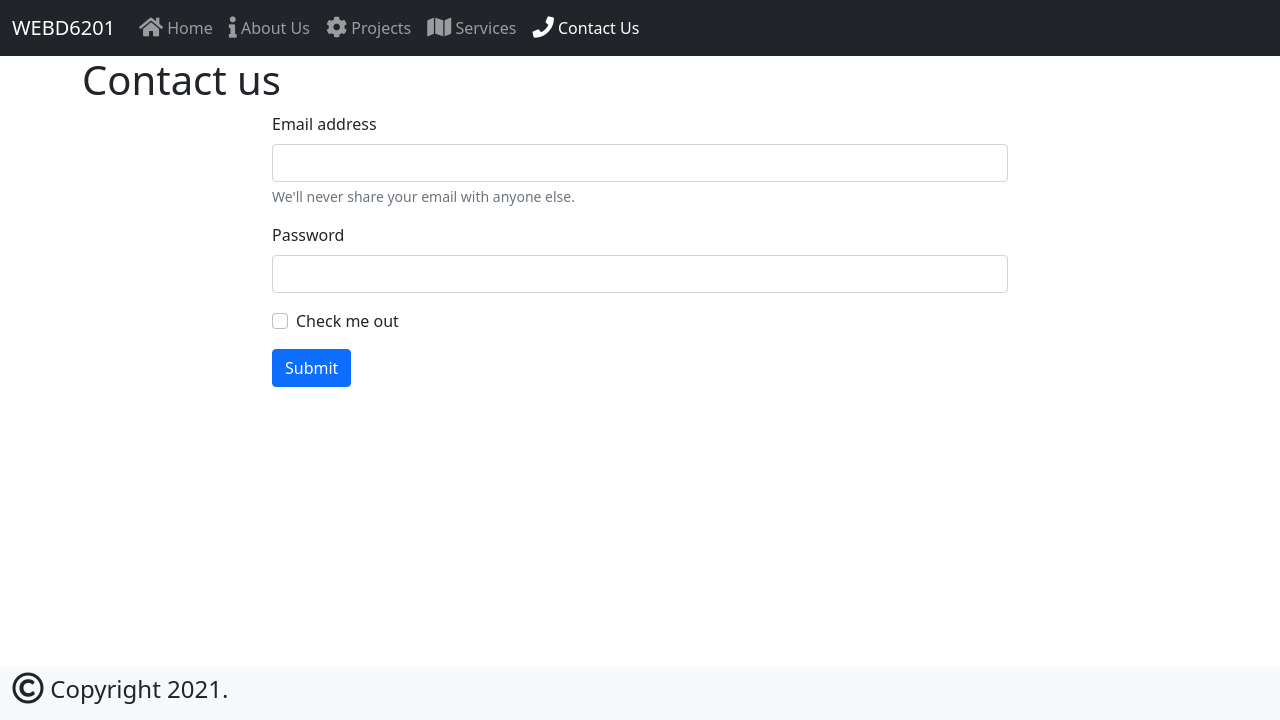
Repository: aphim/Webd6201-wk3
Page: contact.html
These files come from the project's save history. The page is drawn as it stood at one moment and after the next save; the edit follows.
The browser window is 1280 px wide. The pictures show the whole page.

Above is the page before, as saved 2021-01-21 09:17:27.

### contact.html
<!DOCTYPE html>
<html lang="en">
<head>
    <meta charset="UTF-8">
    <meta name="viewport" content="width=device-width, initial-scale=1.0">
    <title>Contact</title>
    <!-- CSS Section -->
    <link rel="stylesheet" href="./node_modules/bootstrap/dist/css/bootstrap.min.css">
    <link rel="stylesheet" href="./node_modules/@fortawesome/fontawesome-free/css/all.min.css">
    <link rel="stylesheet" href="./Content/app.css">
</head>
<body>
  <!-- Main Header-->
    <header>
      <!-- Main navigation-->
        <nav class="navbar navbar-expand-lg navbar-dark bg-dark">
            <div class="container-fluid">
              <a class="navbar-brand" href="index.html">WEBD6201</a>
              <button class="navbar-toggler" type="button" data-bs-toggle="collapse" data-bs-target="#navbarSupportedContent" aria-controls="navbarSupportedContent" aria-expanded="false" aria-label="Toggle navigation">
                <span class="navbar-toggler-icon"></span>
              </button>
              <div class="collapse navbar-collapse" id="navbarSupportedContent">
                <ul class="navbar-nav me-auto mb-2 mb-lg-0">
                  <li class="nav-item">
                    <a class="nav-link" aria-current="page" href="index.html"><i class="fas fa-home fa-lg"></i> Home</a>
                  </li>

                  <li class="nav-item">
                    <a class="nav-link" aria-current="page" href="about.html"><i class="fas fa-info fa-lg"></i> About Us</a>
                  </li>

                  <li class="nav-item">
                    <a class="nav-link" aria-current="page" href="projects.html"><i class="fas fa-cog fa-lg"></i> Projects</a>
                  </li>

                  <li class="nav-item">
                    <a class="nav-link" aria-current="page" href="services.html"><i class="fas fa-map fa-lg"></i> Services</a>
                  </li>

                  <li class="nav-item">
                    <a class="nav-link active" aria-current="page" href="contact.html"><i class="fas fa-phone fa-lg"></i> Contact Us</a>
                  </li>
                </ul>
              </div>
            </div>
          </nav>
    </header>

<!--Main Content-->
    <main class="container">
        <h1>Contact us</h1>

<div class="row justify-content-md-center">
  <form class="col-8">

    <div class="mb-3">
      <label for="exampleInputEmail1" class="form-label">Email address</label>
      <input type="email" class="form-control" id="exampleInputEmail1" aria-describedby="emailHelp">
      <div id="emailHelp" class="form-text">We'll never share your email with anyone else.</div>
    </div>

    <div class="mb-3">
      <label for="exampleInputPassword1" class="form-label">Password</label>
      <input type="password" class="form-control" id="exampleInputPassword1">
    </div>

    <div class="mb-3 form-check">
      <input type="checkbox" class="form-check-input" id="exampleCheck1">
      <label class="form-check-label" for="exampleCheck1">Check me out</label>
    </div>

    <button type="submit" class="btn btn-primary">Submit</button>
  </form>
</div>
    </main>

    <!-- Main footer-->
    <footer>
        <nav class="navbar fixed-bottom navbar-light bg-light">
            <div class="container-fluid">
              <h4><i class="far fa-copyright fa-lg"></i> Copyright 2021.</h4>
            </div>
          </nav>
    </footer>

    <!-- Script Section-->
    <script src="./node_modules/jquery/dist/jquery.min.js"></script>
    <script src="./node_modules/bootstrap/dist/js/bootstrap.bundle.min.js"></script>
    <script src="./Scripts/app.js"></script>
</body>
</html>

### Scripts/app.js
/* custom JavaScript goes here */

//IIFE - Immediately Invoked Function Expression
//AKA - Anonymous Self-Executing Function
//Closure - limits scope leak

"use strict";

(function()
{
function displayHome()
{

        let paragraphOneText = "This is a simple site to demonstrate DOM Manipulation for ICE 1";

        //Different ways to select a paragraph element "paragraph one"
        let paragraphOneElement = document.getElementById("paragraphOne");

        //let paragraphOneParagraph = document.getElementsByTagName("p")[0];
        //let paragraphOneQuery = document.querySelector("p");
        //console.log(paragraphOneElement);
        //console.log(paragraphOneParagraph);
        //console.log(paragraphOneQuery);

        paragraphOneElement.textContent = paragraphOneText;
        paragraphOneElement.className = "fs-5";

        // step 1. Create an element
        let newParagraph = document.createElement("p");
        //step 2. configure element
        newParagraph.setAttribute("id", "paragraphTwo");
        newParagraph.textContent = "...And this is paragraph two";
        //Step 3. select the parent element
        let mainContent = document.getElementsByTagName("main")[0];
        //step 4. Add/insert the element
        mainContent.appendChild(newParagraph);

        newParagraph.className = "fs-6";

        //////another way to add an element ///////
        //let paragraphThree =`<p class="fs-7 fw-bold">And this is the Third Paragraph</p>`;
        //mainContent.innerHTML = paragraphThree;

        let paragraphDiv = document.createElement("div");
        let paragraphThree = `<p id="paragraphThree" class="fs-7 fw-bold">And this is the third paragraph</p>`
        paragraphDiv.innerHTML = paragraphThree;

        //insertion before a node
        //newParagraph.before(paragraphDiv);
        newParagraph.after(paragraphDiv);

        //deletions
        //paragraphOneElement.remove();
        mainContent.removeChild(paragraphOneElement);

        //Update / modification of an element
        //mainContent.firstElementChild.textContent = "Welcome Home!";

        mainContent.innerHTML =
        `<h1 id="firstHeading">Welcome to WEBD6201 - Lab 1</h1>
        <p id="paragraphOne" class="fs-3 fw-bold">This is my first paragraph</p>`

}
function displayAbout()
{

}
function displayProjects()
{

}
function displayServices()
{

}
function displayContact()
{

}




    function Start()
    {
        console.log("App Started...");

        switch(document.title)
        {
            case "Home":
                displayHome();
                break;
            case "About":
                displayAbout();
                break;
            case "Projects":
                displayProjects();
                break;
            case "Services":
                displayServices();
                break;
            case "Contact":
                displayContact();
                break;
        }

    }



    window.addEventListener("load", Start);

})();

Loaded but not shown: node_modules/bootstrap/dist/css/bootstrap.min.css (library); node_modules/@fortawesome/fontawesome-free/css/all.min.css (library); Content/app.css (common file); node_modules/jquery/dist/jquery.min.js (library); node_modules/bootstrap/dist/js/bootstrap.bundle.min.js (library)

After the next save:
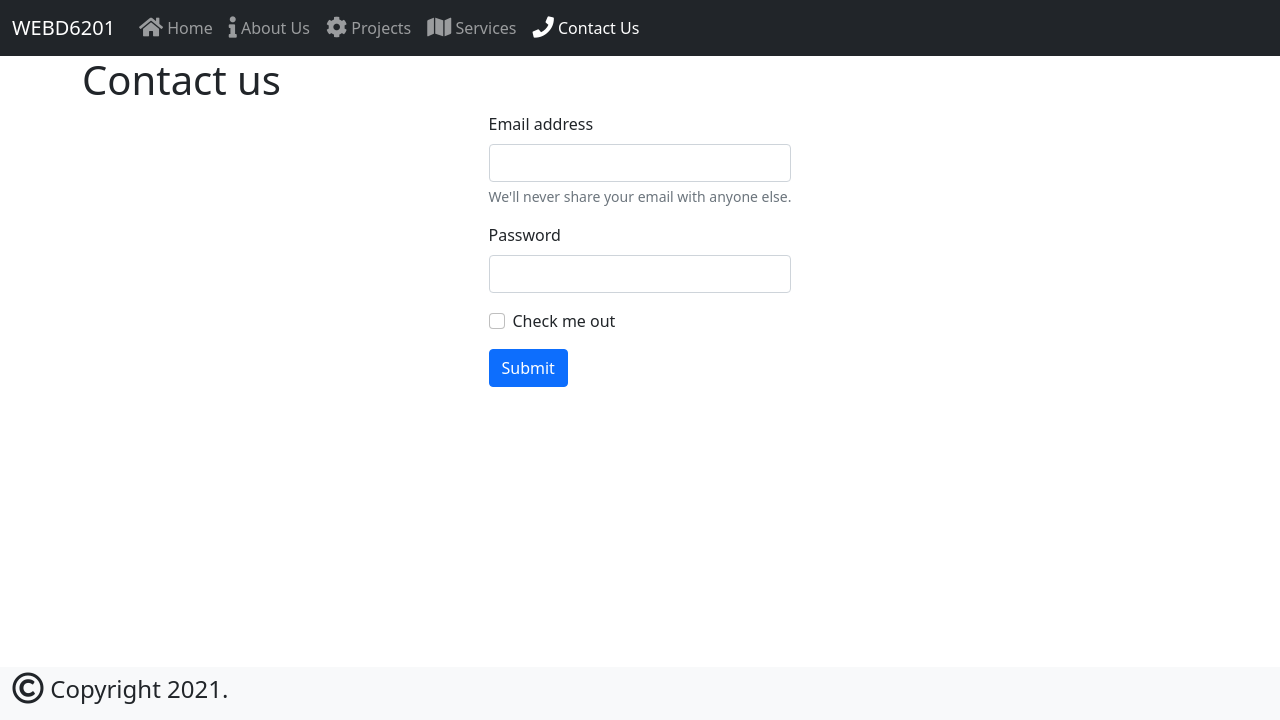
Saved 11 s later.
--- a/contact.html
+++ b/contact.html
@@ -51,7 +51,7 @@
         <h1>Contact us</h1>
 
 <div class="row justify-content-md-center">
-  <form class="col-8">
+  <form class="col-md-auto">
 
     <div class="mb-3">
       <label for="exampleInputEmail1" class="form-label">Email address</label>
